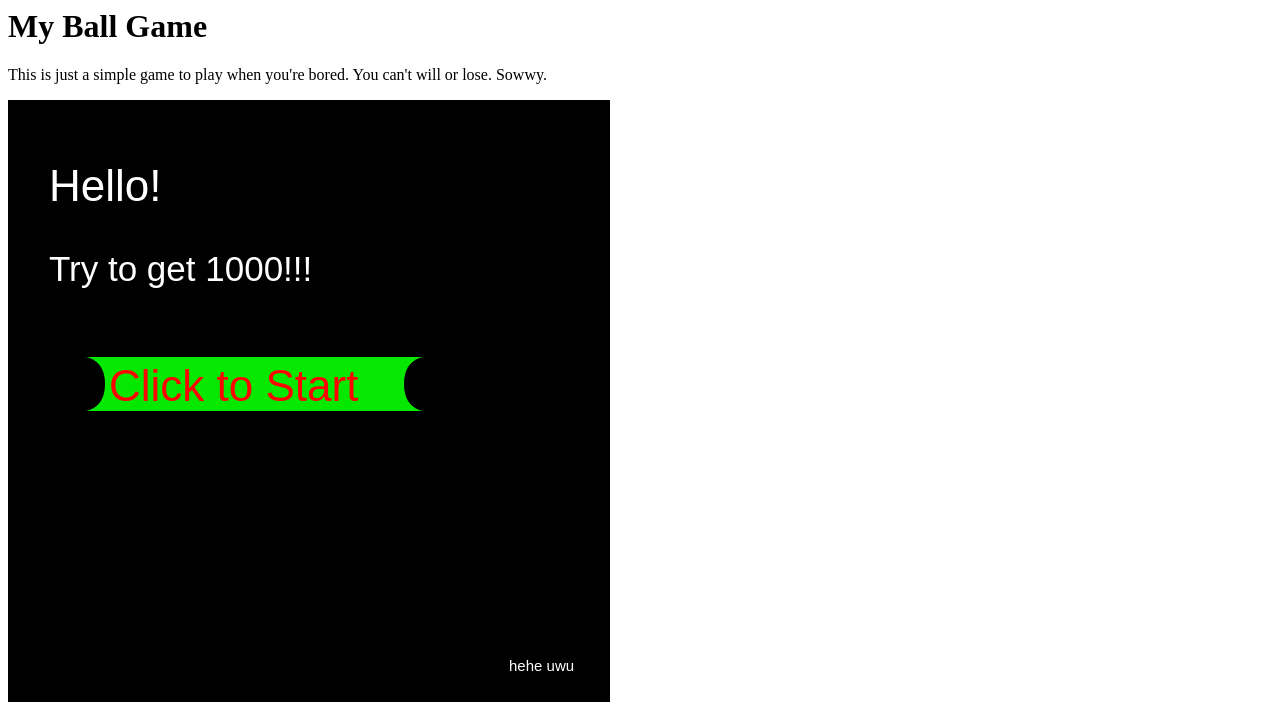
Repository: XiadaniSoriano/XiadaniSoriano.github.io
Page: ballgame.html
The author's editor kept a record of every edit. The page is drawn from the files as they stood at one moment, then again after the next edit.
The browser window is 1280 px wide. The pictures show the whole page.

Above is the page before.

After the next edit:
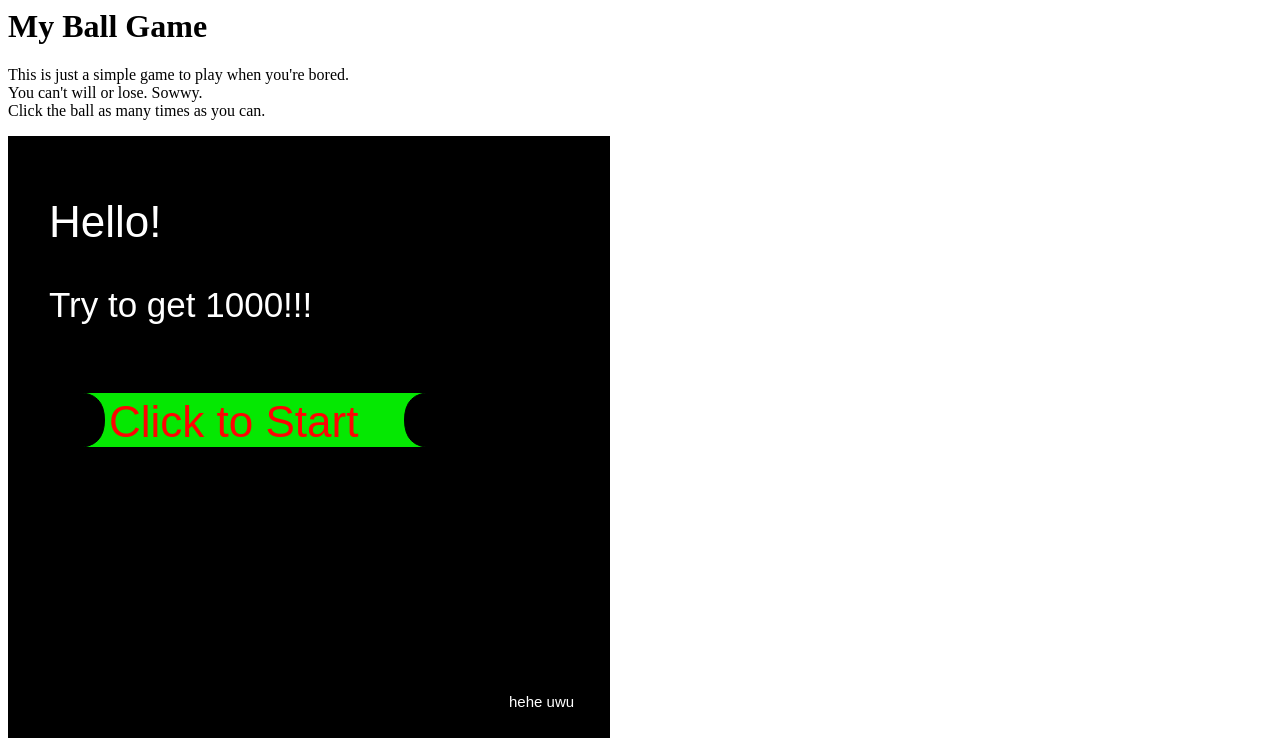
The edit:
--- a/ballgame.html
+++ b/ballgame.html
@@ -8,7 +8,7 @@
 
   <body>
     <h1>My Ball Game</h1>
-    <p>This is just a simple game to play when you're bored. You can't will or lose. Sowwy.</p>
+    <p>This is just a simple game to play when you're bored.<br> You can't will or lose. Sowwy.<br> Click the ball as many times as you can.</p>
 
     <script type="text/processing">
 
